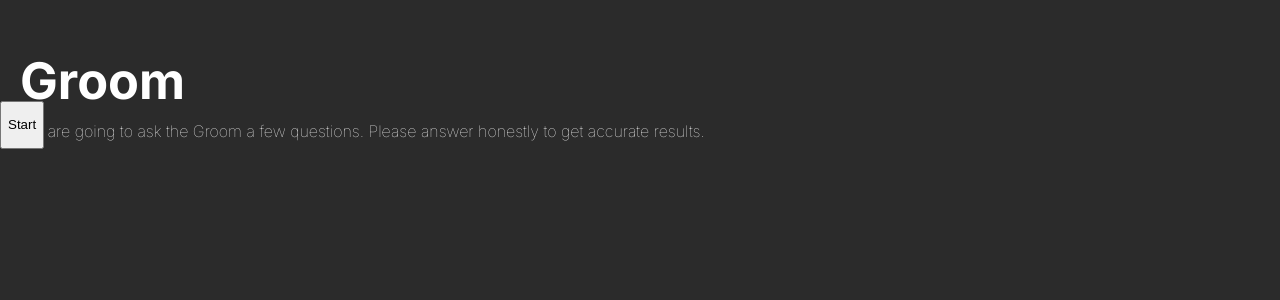
Repository: devhabeeblateef/tictactoe
Page: /
These files come from the project's save history. The page is drawn as it stood at one moment and after a run of saves; the edit follows.
The browser window is 1280 px wide. The pictures show the whole page.
The project was rebuilt for these pictures with package versions that can differ from the ones it lists, and the page was loaded fresh each time. Also part of the build but not shown: src/App.css.

Above is the page before, as saved 2022-06-17 01:06:19.

### src/App.js
import logo from './logo.svg';
import './App.css';
import Form from './Form';

function App() {
  return (
    <div>
      <Form/>
    </div>
  );
}

export default App;

### src/Form.js
import React from 'react'
import classes from './Home.module.css'

function Form() {
  return (
    <div>
        <h1 className={classes.home__header}>
            Groom
        </h1>
        <p className={classes.home__info}>
        We are going to ask the Groom a few questions.
        Please answer honestly to get accurate results.
        </p>

        <button className="btn btn-success">
            <p>Start</p> </button>
    </div>
  )
}

export default Form

### src/Home.module.css
@import url('https://fonts.googleapis.com/css2?family=Inter:wght@100;200;300;400;500;600;700;800;900&display=swap');

body
{
    background-color: #2b2b2b;
    color: #fff;
}

.home__header
{
    margin:50px 20px;
    font-size: 5ch;
    font-family: 'Inter', sans-serif;
    font-weight: bold;
}

.home__info
{
    font-family: 'Inter', sans-serif;
    font-weight: 100;
    margin: -40px 20px;
}

img
{
    width: 350px;
}

.button
{
    margin: 50px 20px;
}


.button__one
{
    background-color: #23A6FD;
    border-radius: 60px;
    border: none;
    padding:8px 30px;
    color: white;
    margin-right: 10px;
    font-family: 'Montserrat', sans-serif;
    cursor: pointer;
}

.button__two
{
    margin-left: 10px;
    background-color: transparent;
    border-radius: 60px;
    padding: 8px 30px;
    border: 2px solid #fff;
    color: white;
    font-family: 'Montserrat', sans-serif;
    cursor: pointer;
}

@media (max-width:400px){
.button__two
{
    margin: 20px 0;
    border-radius: 60px;

}
}

a
{
    color: #fff;
    text-decoration: none;
}

a:hover
{
    color: white;
}

.start
{
    margin-top: 200px;
}

Loaded but not shown: src/index.js (common file); src/index.css (common file); src/reportWebVitals.js (common file)

After the next 5 saves:
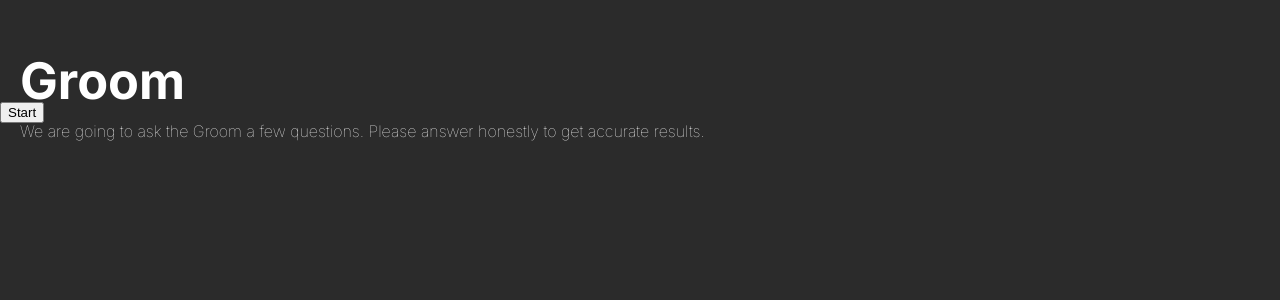
The 5 saves are shown as one change because they came seconds apart.
The last was saved 15 s later.
--- a/src/Form.js
+++ b/src/Form.js
@@ -13,7 +13,7 @@ function Form() {
         </p>
 
         <button className="btn btn-success">
-            <p>Start</p> </button>
+            <span></span>Start</button>
     </div>
   )
 }
